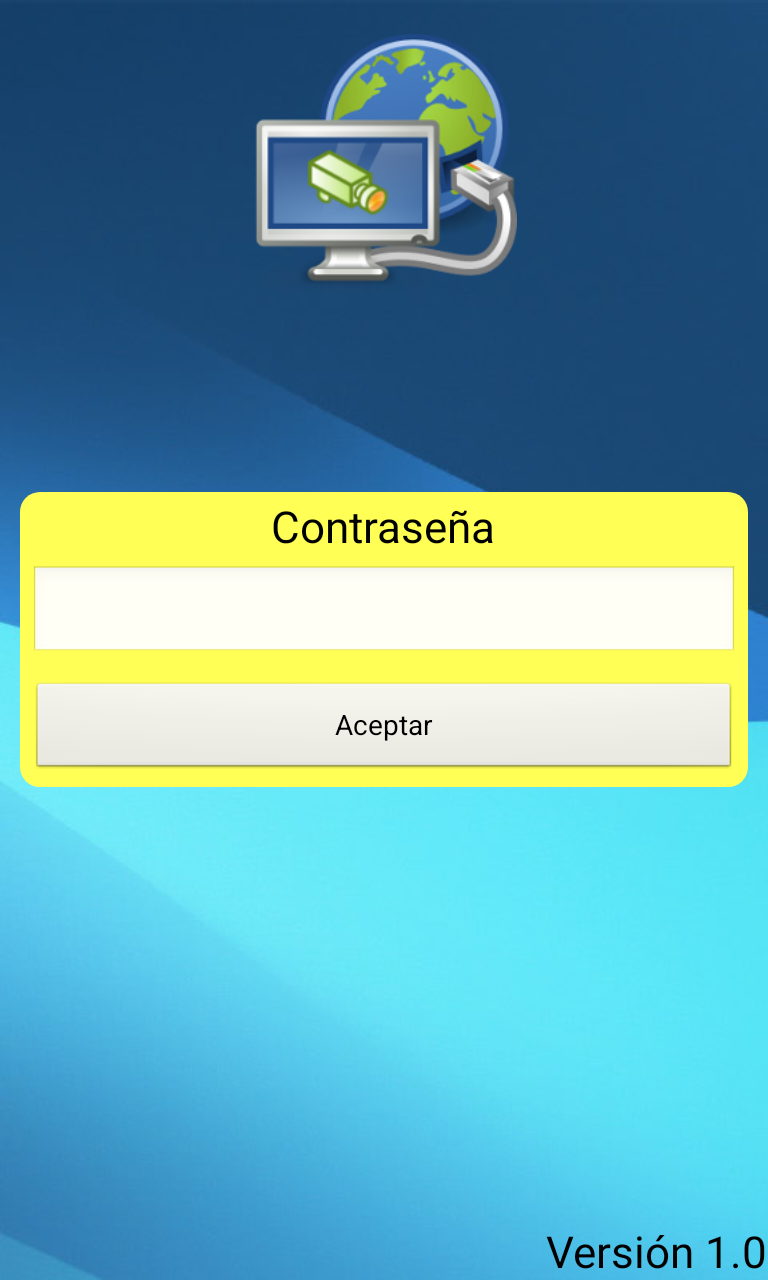
Repository: jonatansantos/Android-Server-Status
Layout: desarrollo/Principal/res/layout/login.xml
An editor plug-in stored every save of this project. The layout is shown before and after the next save, followed by the edit.
It is drawn on a 768 x 1280 px phone screen (xhdpi) without system bars, with theme android:Theme.Light.NoTitleBar; the app's code is not run.

Above is the layout before, as saved 2012-06-16 15:29:10.

After the next save:
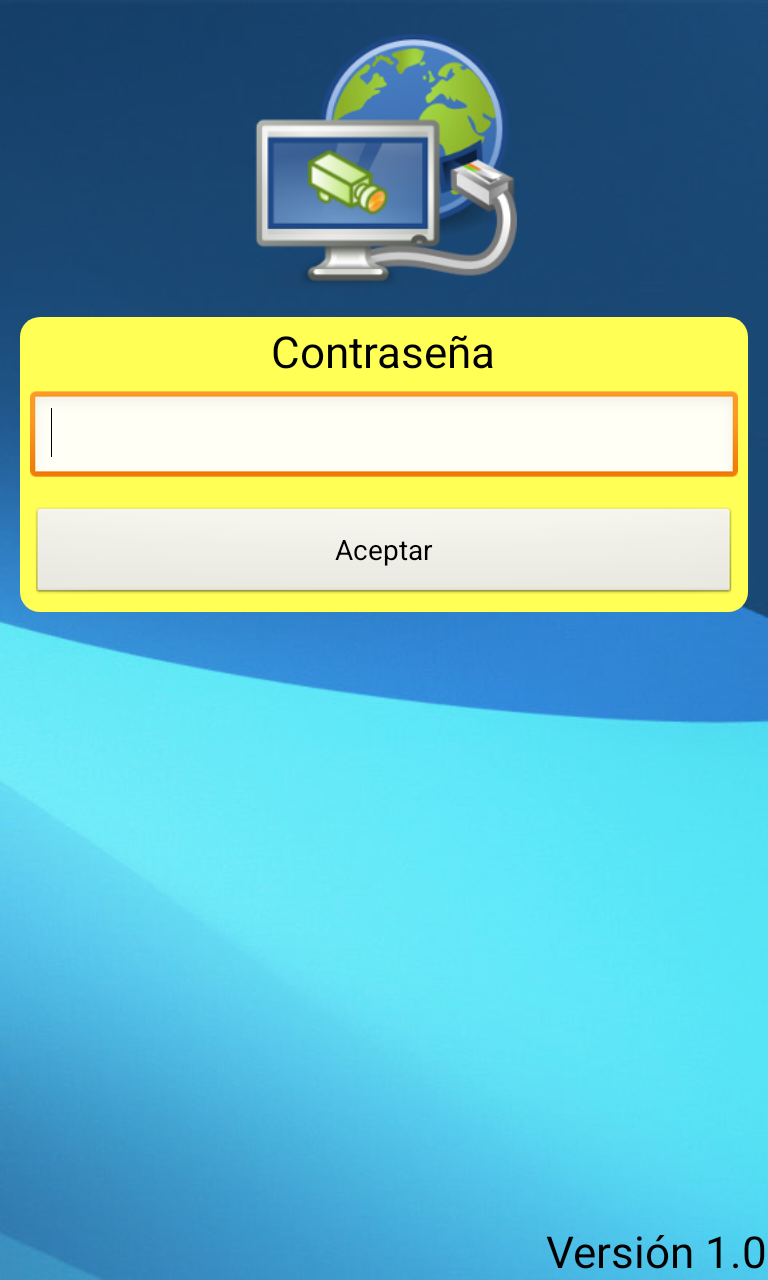
Saved 27 s later.
--- a/desarrollo/Principal/res/layout/login.xml
+++ b/desarrollo/Principal/res/layout/login.xml
@@ -5,50 +5,6 @@
     android:layout_height="match_parent"
     android:background="@drawable/fondo"
     android:orientation="vertical" >
-
-    <LinearLayout
-        android:id="@+id/linear1"
-        android:layout_width="match_parent"
-        android:layout_height="wrap_content"
-        android:layout_centerHorizontal="true"
-        android:layout_centerVertical="true"
-        android:layout_margin="10dp"
-        android:background="@drawable/borde"
-        android:orientation="vertical" >
-
-        <TextView
-            android:id="@+id/textView1"
-            android:layout_width="wrap_content"
-            android:layout_height="wrap_content"
-            android:layout_gravity="center"
-            android:layout_marginTop="2dp"
-            android:gravity="center"
-            android:text="@string/pass"
-            android:textAppearance="?android:attr/textAppearanceLarge" />
-
-        <EditText
-            android:id="@+id/et_login_pass"
-            android:layout_width="match_parent"
-            android:layout_height="wrap_content"
-            android:layout_margin="5dp"
-            android:ems="10" />
-
-        <LinearLayout
-            android:id="@+id/linear2"
-            android:layout_width="match_parent"
-            android:layout_height="wrap_content"
-            android:layout_weight="2"
-            android:weightSum="2" >
-
-            <Button
-                android:id="@+id/bt_login_ok"
-                android:layout_width="match_parent"
-                android:layout_height="wrap_content"
-                android:layout_margin="5dp"
-                android:layout_weight="1"
-                android:text="@string/aceptar" />
-        </LinearLayout>
-    </LinearLayout>
 
     <TextView
         android:id="@+id/textView4"
@@ -68,4 +24,52 @@
         android:layout_marginTop="17dp"
         android:src="@drawable/ic_servidor" />
 
+    <LinearLayout
+        android:id="@+id/linear1"
+        android:layout_width="match_parent"
+        android:layout_height="wrap_content"
+        android:layout_alignParentLeft="true"
+        android:layout_below="@+id/imageView1"
+        android:layout_margin="10dp"
+        android:layout_marginTop="20dp"
+        android:background="@drawable/borde"
+        android:orientation="vertical" >
+
+        <TextView
+            android:id="@+id/textView1"
+            android:layout_width="wrap_content"
+            android:layout_height="wrap_content"
+            android:layout_gravity="center"
+            android:layout_marginTop="2dp"
+            android:gravity="center"
+            android:text="@string/pass"
+            android:textAppearance="?android:attr/textAppearanceLarge" />
+
+        <EditText
+            android:id="@+id/et_login_pass"
+            android:layout_width="match_parent"
+            android:layout_height="wrap_content"
+            android:layout_margin="5dp"
+            android:ems="10" >
+
+            <requestFocus />
+        </EditText>
+
+        <LinearLayout
+            android:id="@+id/linear2"
+            android:layout_width="match_parent"
+            android:layout_height="wrap_content"
+            android:layout_weight="2"
+            android:weightSum="2" >
+
+            <Button
+                android:id="@+id/bt_login_ok"
+                android:layout_width="match_parent"
+                android:layout_height="wrap_content"
+                android:layout_margin="5dp"
+                android:layout_weight="1"
+                android:text="@string/aceptar" />
+        </LinearLayout>
+    </LinearLayout>
+
 </RelativeLayout>
